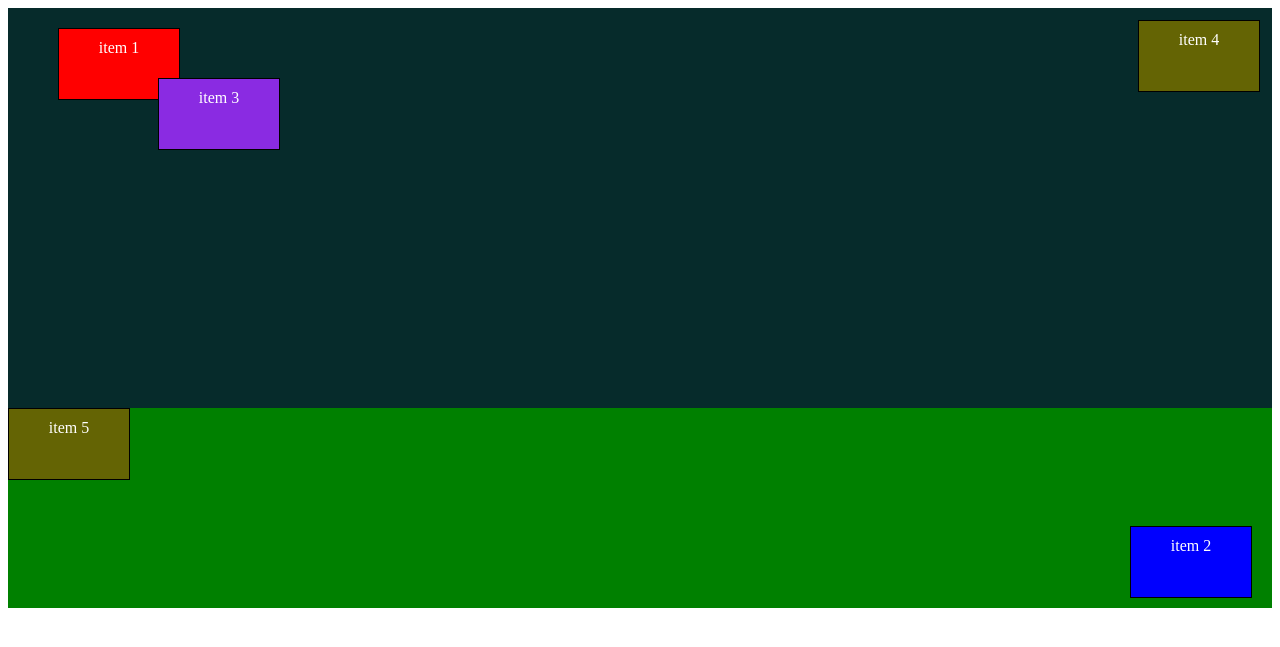
Repository: nmaury/TpsCambodge
Page: InternetProgramming/Css/sample.html
These files come from the project's save history. The page is drawn as it stood at one moment and after the next save; the edit follows.
The browser window is 1280 px wide. The pictures show the whole page.

Above is the page before, as saved 2022-12-06 02:55:56.

After the next save:
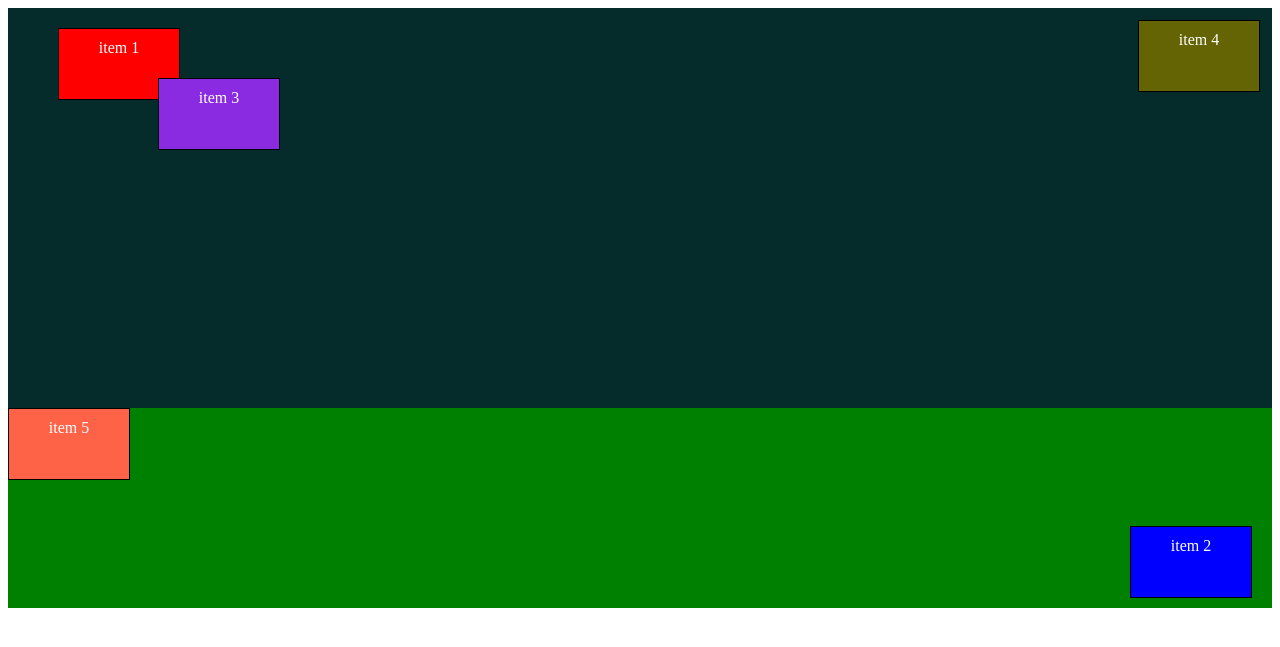
Saved 37 s later.
--- a/InternetProgramming/Css/sample.css
+++ b/InternetProgramming/Css/sample.css
@@ -29,6 +29,10 @@
     top: 20px;
     z-index: 5;
 }
+.item5{
+    background-color: tomato;
+    position: sticky;
+}
 .parent{
     background-color: rgb(6,43,43);
     width: 100%;
